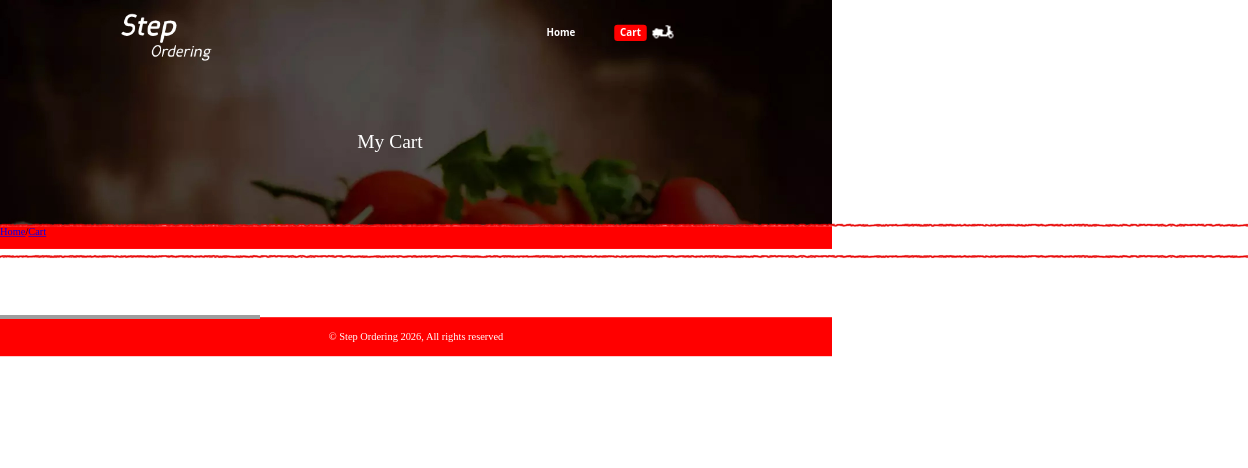
Repository: anastasia29-step/OnlineRestaurant
Page: Cart.html
These files come from the project's save history. The page is drawn as it stood at one moment and after the next save; the edit follows.
The browser window is 1280 px wide. The page is 1920 px wide, so the pictures cover 1920 px, including what lies to the right of the window. The pictures show the whole page, at 65% of full size.
Pictures or frames that could not be fetched are drawn as grey boxes.

Above is the page before, as saved 2026-03-11 20:32:27.

After the next save:
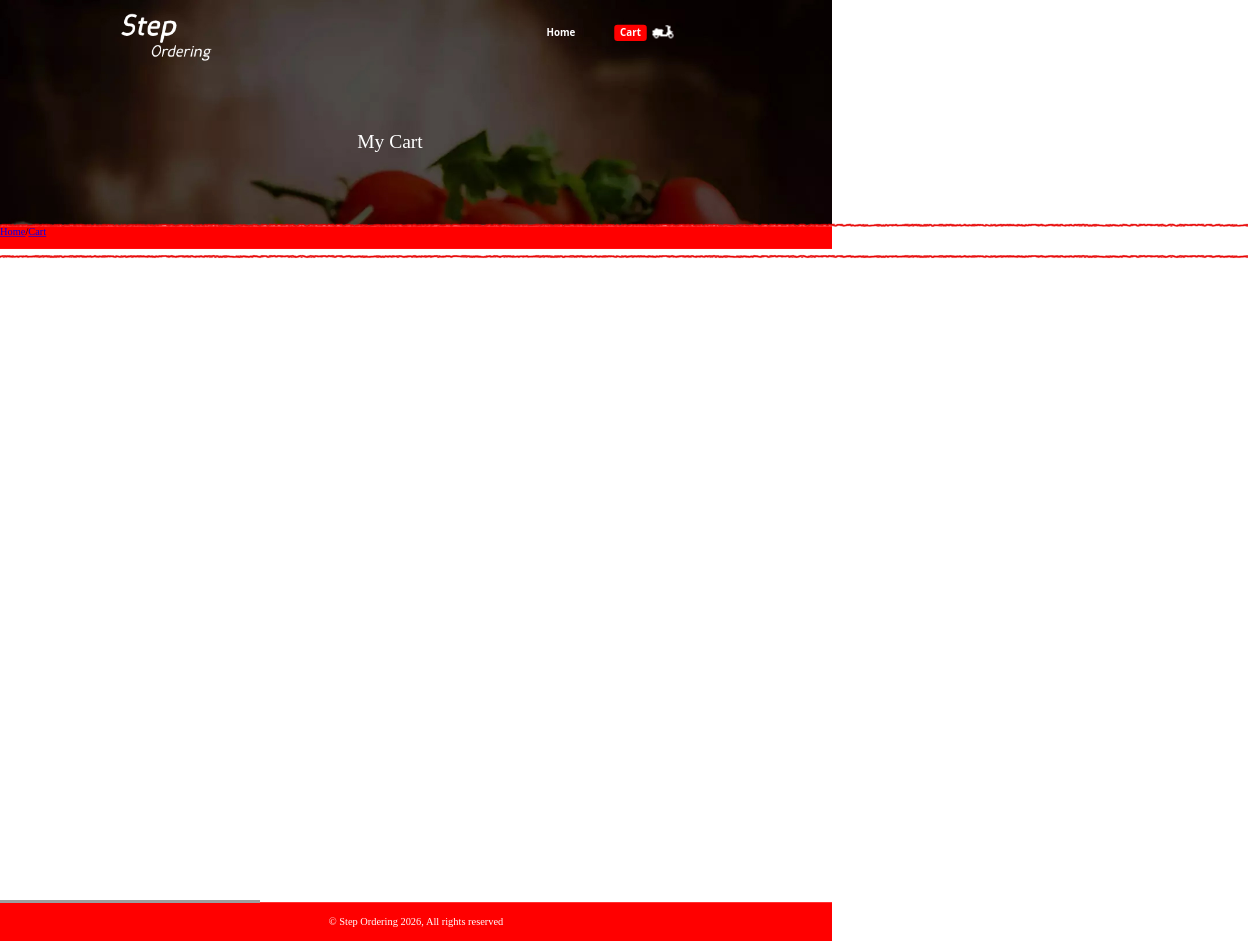
Saved 4 s later.
--- a/cart.css
+++ b/cart.css
@@ -21,5 +21,5 @@
 .secondimg {
     width: 100%;
     height: 5px;
-    margin-bottom: 100px;
+    margin-bottom: 1000px;
 }
